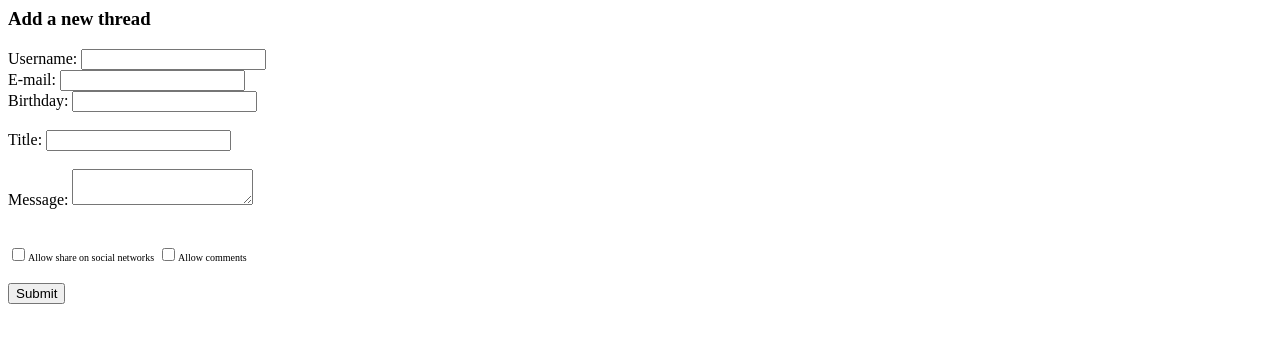
Repository: ciprianchistruga/project
Page: http://localhost/php/Categories/AddThreads.php
The author's editor kept a record of every edit. The page is drawn from the files as they stood at one moment, then again after the next edit.
The browser window is 1280 px wide. The pictures show the whole page.
The page is run by PHP 8.4 with error messages shown; the project is at /var/www/html/.

Above is the page before.

### workspace/php/Categories/AddThreads.php
       <?php

            //captcha
            if(isset($_POST['g-recaptcha-response'])&& $_POST['g-recaptcha-response']){
                var_dump($_POST);
                $secret = "REPLACE_IT_WITH_YOUR_KEY";
                $ip = $_SERVER['REMOTE_ADDR'];
                $captcha = $_POST['g-recaptcha-response'];
                $rsp  = file_get_contents("https://www.google.com/recaptcha/api/siteverify?secret=$secret&response=$captcha&remoteip$ip");
                var_dump($rsp);
                $arr = json_decode($rsp,TRUE);
                if($arr['success']){

                    //post info
                    if( isset( $_POST['submit'] ) )
                        {
                        session_start();
                        $file ="xml/categoryThreads/".$_SESSION['selected_thread'].".xml";
                        $title=$_POST['title'];
                        $username=$_POST['Username'];
                        $email=$_POST['email'];
                        $birthday=$_POST['birthday'];
                        $mainComment=$_POST['mainComment'];

                        $xml= simplexml_load_file($file);
                        $total = count($xml);
                        $plusOne=$total+1;
                        $newName="Thread".$plusOne;
                        echo $newName;

                        $xml->$newName->title = $title;
                        $xml->$newName->author = $username;
                        $xml->$newName->email = $email;
                        $xml->$newName->status="open";
                        $xml->$newName->dateThread=date("d.m.Y");
                        $xml->$newName->mainComment = $mainComment;
                        $xml->$newName->comments = "comments";
                        if(isset($_POST['allowSocial'])){
                            $xml->$newName->allowSocial ="true";
                        } else {
                            $xml->$newName->allowSocial ="false";

                        }
                        if(isset($_POST['allowComments'])){
                            $xml->$newName->allowComments ="true";
                        } else {
                            $xml->$newName->allowComments ="false";
                        }

                        file_put_contents($file, $xml->asXML());

                        header('Location: index.php');
                     }
            }
                    else{   }

            }

        ?>

       <section>
             <div class="row">
                <h3 class="text-primary text-center"> Add a new thread</h3>

                     <form style="width: 900px" method="post" action="<?php $_SERVER['PHP_SELF']?>">
                        <div class="form-group  col-xs-offset-3">

                            <div class="col-xs-3">
                            <label for="Username">Username:</label>
                            <input type="text" class="form-control test" name="Username" id="Username">
                            </div>

                            <div class="col-xs-4">
                            <label for="email">E-mail:</label>
                            <input type="email" class="form-control test" name="email" id="email">
                            </div>

                            <div class="col-xs-3">
                            <label for="birthday">Birthday:</label>
                            <input type="text" class="form-control test" name="birthday" id="birthday">
                            </div>
                            <br/>

                            <div class="col-xs-10">
                            <label for="title">Title:</label>
                            <input type="text" class="form-control" name="title" id="title"><br/>
                            </div>
                            <br/>

                            <div class="col-xs-10">
                            <label for="title">Message:</label>
                            <textarea class="form-control" name="mainComment" id="mainComment">

                            </textarea>
                            <br/>
                            </div>


                            <script src='https://www.google.com/recaptcha/api.js'></script>
                            <div class="col-xs-10">
                                <div class="g-recaptcha" data-sitekey="6Lf0KxAUAAAAANY7u2ujE-G14-gr36H0Y2rHpmQL"></div><br/>
                            </div>
                            <br/>
                            <div class="checkbox col-xs-10">
                             <label style="font-size:10px" class="checkbox-inline"><input type="checkbox" name="allowSocial" id="allowSocial">Allow share on social networks</label>
                             <label style="font-size:10px" class="checkbox-inline"><input type="checkbox" name="allowComments" id="allowComments">Allow comments</label>
                            </div>

                            <br/>
                            <div class="col-xs-3">
                                <div class="input-group-btn">
                                    <button class="btn btn-default" type="submit" name="submit">Submit</button>
                                </div>
                            </div>
                       </div>
                    </form>
              </div>
        </section>
        <br/>
        <br/>

After the next edit:
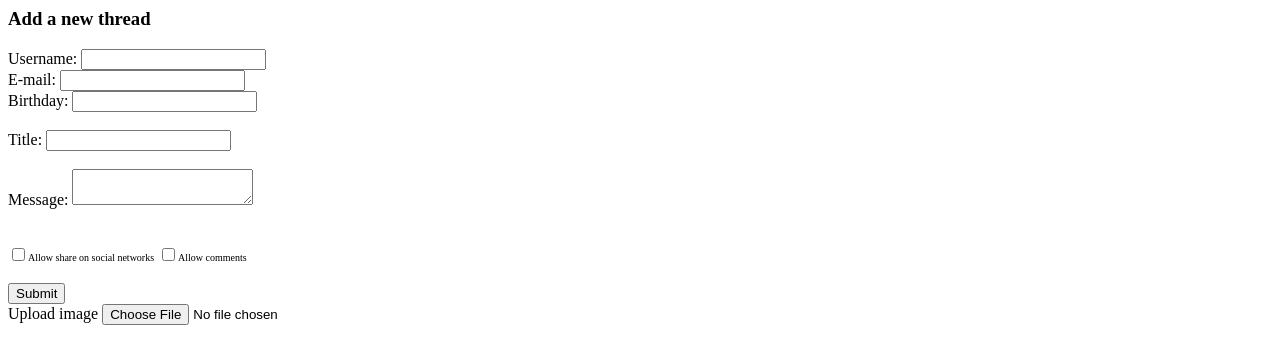
The edit:
--- a/workspace/php/Categories/AddThreads.php
+++ b/workspace/php/Categories/AddThreads.php
@@ -112,6 +112,12 @@
                                     <button class="btn btn-default" type="submit" name="submit">Submit</button>
                                 </div>
                             </div>
+                            <div class="col-md-3">
+                             <div class="input-group-btn">
+                                 <span class="btn btn-default btn-file">Upload image
+                                <input type="file" name="image" > </span>
+                            </div>
+                            </div>
                        </div>
                     </form>
               </div>
